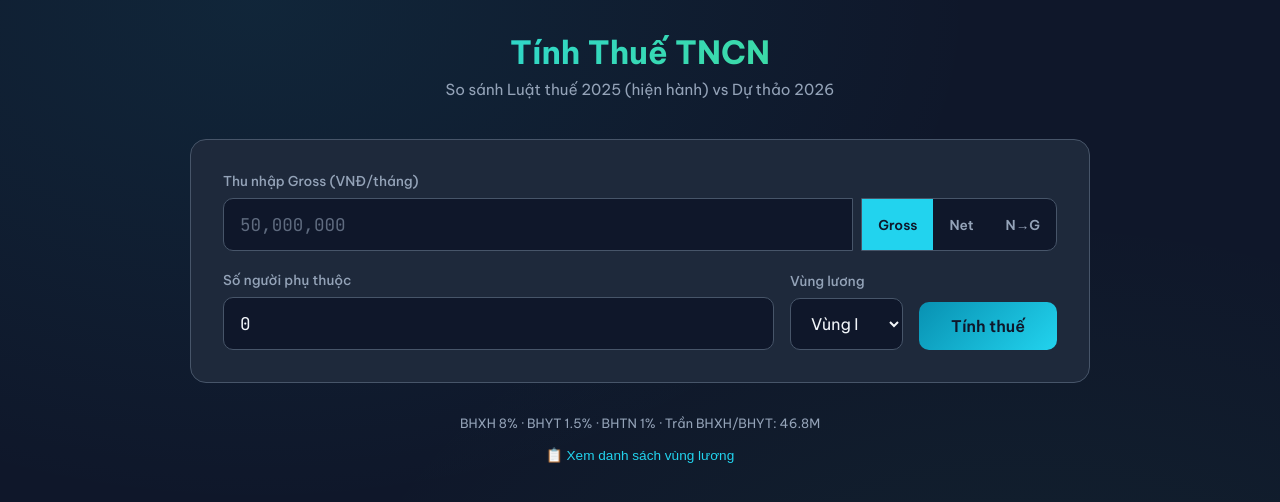
Repository: ph4n4n/vietnam-PIT
Page: index.html
An editor plug-in stored every save of this project. The page is shown before and after the next save, followed by the edit.
The browser window is 1280 px wide. The pictures show the whole page.

Above is the page before, as saved 2025-12-10 12:12:24.
Console error: TypeError: Cannot read properties of null (reading 'appendChild')

After the next save:
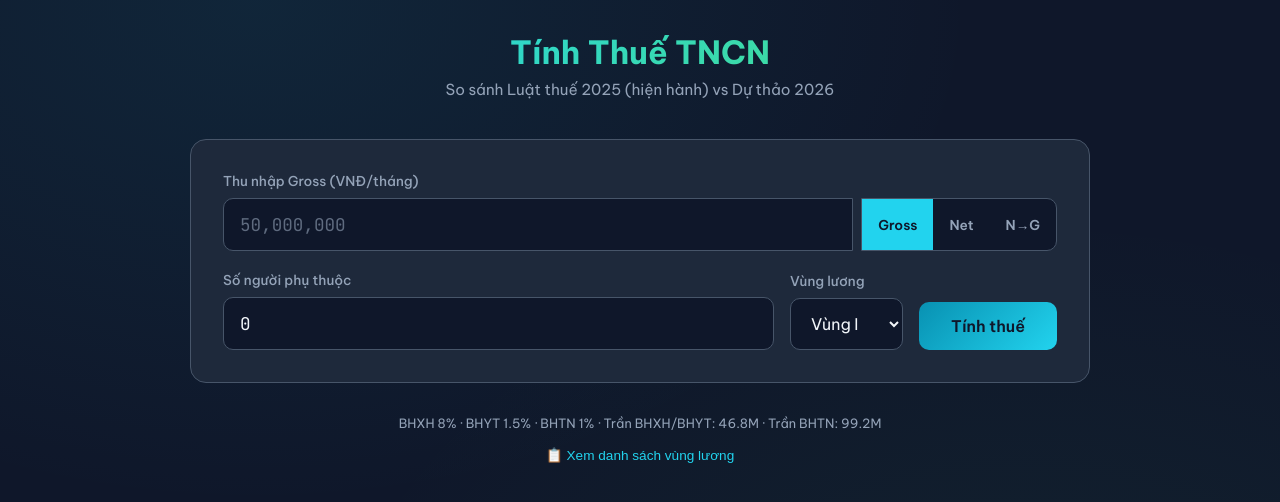
Saved 11 s later.
--- a/index.html
+++ b/index.html
@@ -86,7 +86,7 @@
     </section>
 
     <footer>
-      <p>BHXH 8% · BHYT 1.5% · BHTN 1% · Trần BHXH/BHYT: 46.8M</p>
+      <p>BHXH 8% · BHYT 1.5% · BHTN 1% · Trần BHXH/BHYT: 46.8M · Trần BHTN: <span id="bhtnCapDisplay">99.2M</span></p>
       <button class="btn-link" onclick="toggleRegionNote()">📋 Xem danh sách vùng lương</button>
     </footer>
   </div>
